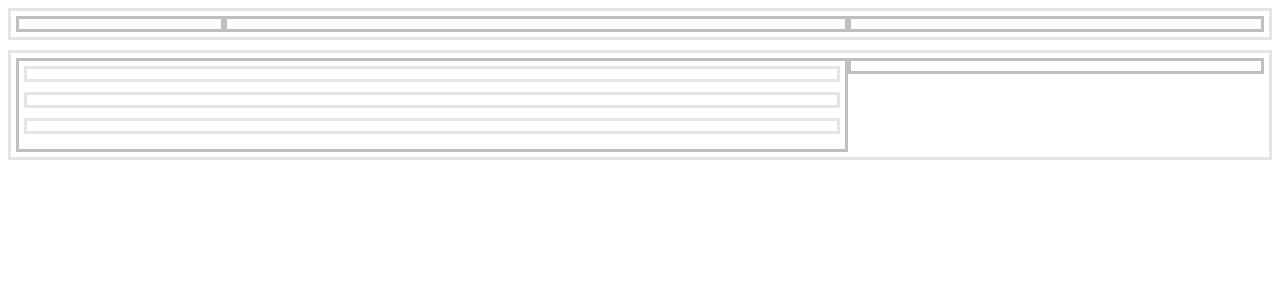
Repository: 0xbul1/biao-class-3
Page: practice/012-float-grid/zhihu.html
An editor plug-in stored every save of this project. The page is shown before and after the next save, followed by the edit.
The browser window is 1280 px wide. The pictures show the whole page.

Above is the page before, as saved 2018-10-04 14:12:02.

### practice/012-float-grid/zhihu.html
<style>
    * {
        box-sizing: border-box;
    }
    .row {
        border: solid rgba(0, 0, 0, .1);
        margin-bottom: 10px;
        padding: 5px;
    }
    .row::before,
    .row::after {
        content: '';
        display: block;
        clear: both;
    }
    .col-1,
    .col-2,
    .col-3,
    .col-4,
    .col-5,
    .col-6,
    .col-7,
    .col-8,
    .col-9,
    .col-10,
    .col-11,
    .col-12,
    .col {
        float: left;
        padding: 5px;
        border: solid rgba(0, 0, 0, .25);
    }
    .col-1 {
        width: 8.333333333333333%;
    }
    .col-2 {
        width: 16.666666666666666%;
    }
    .col-3 {
        width: 25%;
    }
    .col-4 {
        width: 33.333333333333333%;
    }
    .col-5 {
        width: 41.666666666666666%;
    }
    .col-6 {
        width: 50%;
    }
    .col-7 {
        width: 58.333333333333333%;
    }
    .col-8 {
        width: 66.666666666666666%;
    }
    .col-9 {
        width: 75%;
    }
    .col-10 {
        width: 83.333333333333333%;
    }
    .col-11 {
        width: 91.666666666666666%;
    }
    .col-12 {
        width: 100%;
    }
</style>
<div class="row nav">
    <div class="col-2"></div>
    <div class="col-6"></div>
    <div class="col-4"></div>
</div>
<div class="row">
    <div class="col-8">
        <div class="row"></div>
        <div class="row"></div>
        <div class="row"></div>
    </div>
    <div class="col-4"></div>
</div>

After the next save:
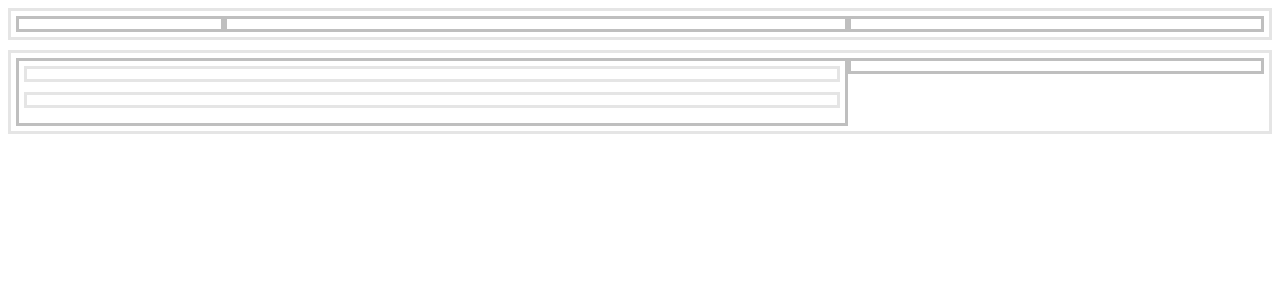
Saved 7 s later.
--- a/practice/012-float-grid/zhihu.html
+++ b/practice/012-float-grid/zhihu.html
@@ -76,7 +76,6 @@
     <div class="col-8">
         <div class="row"></div>
         <div class="row"></div>
-        <div class="row"></div>
     </div>
     <div class="col-4"></div>
 </div>
